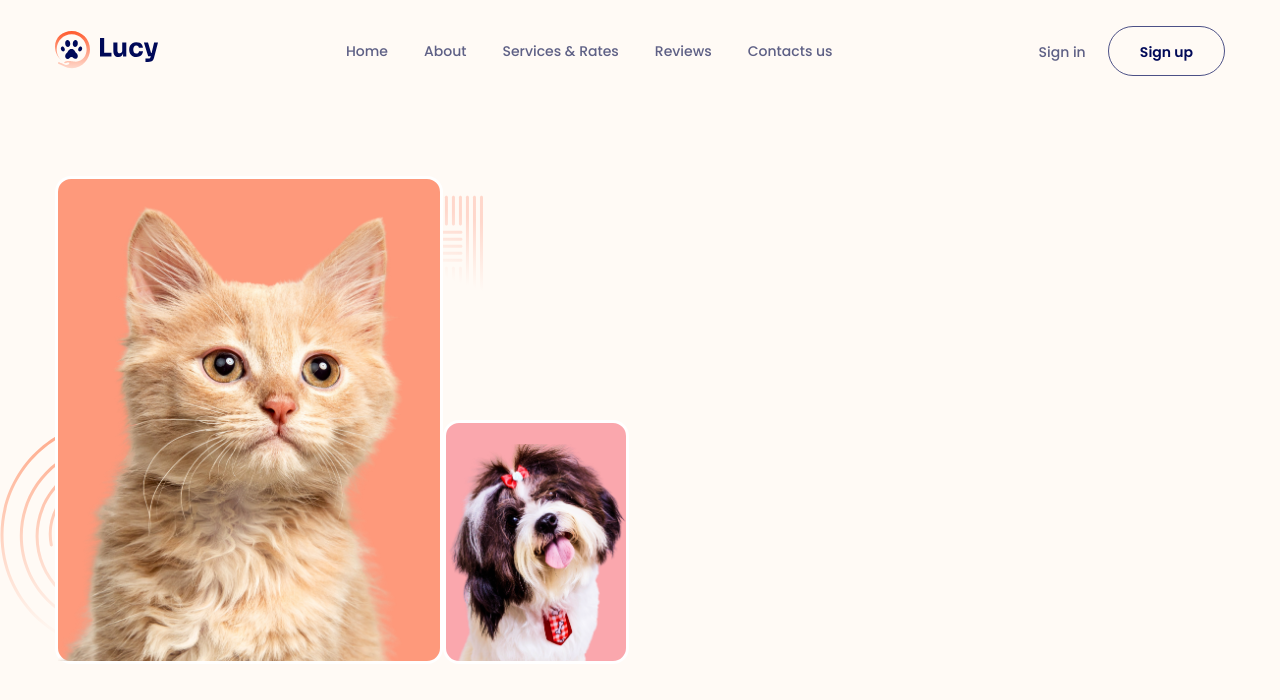
Repository: empty24062002/f8-project-05
Page: index.html
An editor plug-in stored every save of this project. The page is shown before and after the next save, followed by the edit.
The browser window is 1280 px wide. The pictures show the whole page.

Above is the page before, as saved 2023-09-09 17:32:26.

### index.html
<!DOCTYPE html>
<html lang="en">
    <head>
        <meta charset="UTF-8" />
        <meta name="viewport" content="width=device-width, initial-scale=1.0" />
        <title>Lucy</title>
        <!-- favicon -->
        <link
            rel="apple-touch-icon"
            sizes="57x57"
            href="./assets/favicon/apple-icon-57x57.png"
        />
        <link
            rel="apple-touch-icon"
            sizes="60x60"
            href="./assets/favicon/apple-icon-60x60.png"
        />
        <link
            rel="apple-touch-icon"
            sizes="72x72"
            href="./assets/favicon/apple-icon-72x72.png"
        />
        <link
            rel="apple-touch-icon"
            sizes="76x76"
            href="./assets/favicon/apple-icon-76x76.png"
        />
        <link
            rel="apple-touch-icon"
            sizes="114x114"
            href="./assets/favicon/apple-icon-114x114.png"
        />
        <link
            rel="apple-touch-icon"
            sizes="120x120"
            href="./assets/favicon/apple-icon-120x120.png"
        />
        <link
            rel="apple-touch-icon"
            sizes="144x144"
            href="./assets/favicon/apple-icon-144x144.png"
        />
        <link
            rel="apple-touch-icon"
            sizes="152x152"
            href="./assets/favicon/apple-icon-152x152.png"
        />
        <link
            rel="apple-touch-icon"
            sizes="180x180"
            href="./assets/favicon/apple-icon-180x180.png"
        />
        <link
            rel="icon"
            type="image/png"
            sizes="192x192"
            href="./assets/favicon/android-icon-192x192.png"
        />
        <link
            rel="icon"
            type="image/png"
            sizes="32x32"
            href="./assets/favicon/favicon-32x32.png"
        />
        <link
            rel="icon"
            type="image/png"
            sizes="96x96"
            href="./assets/favicon/favicon-96x96.png"
        />
        <link
            rel="icon"
            type="image/png"
            sizes="16x16"
            href="./assets/favicon/favicon-16x16.png"
        />
        <link rel="manifest" href="./assets/favicon/manifest.json" />
        <meta name="msapplication-TileColor" content="#ffffff" />
        <meta
            name="msapplication-TileImage"
            content="./assets/favicon/ms-icon-144x144.png"
        />
        <meta name="theme-color" content="#ffffff" />
        <!-- reset CSS -->
        <link rel="stylesheet" href="./assets/css/reset.css" />
        <!-- embed font -->
        <link rel="preconnect" href="https://fonts.googleapis.com" />
        <link rel="preconnect" href="https://fonts.gstatic.com" crossorigin />
        <link
            href="https://fonts.googleapis.com/css2?family=Poppins:wght@300;400;500;600&family=Sora:wght@600;700;800&display=swap"
            rel="stylesheet"
        />
        <!-- style css -->
        <link rel="stylesheet" href="./assets/css/styles.css" />
    </head>
    <body>
        <!-- header -->
        <header class="header">
            <div class="container">
                <div class="header__inner">
                    <!-- logo -->
                    <a href="#!">
                        <img
                            src="./assets/img/logo.svg"
                            alt="Lucy"
                            class="header__logo"
                        />
                    </a>
                    <!-- navbar -->
                    <nav class="navbar">
                        <ul class="navbar__list">
                            <li class="navbar__item">
                                <a href="#!" class="navbar__link"> Home </a>
                            </li>
                            <li class="navbar__item">
                                <a href="#!" class="navbar__link"> About </a>
                            </li>
                            <li class="navbar__item">
                                <a href="#!" class="navbar__link"
                                    >Services & Rates
                                </a>
                            </li>
                            <li class="navbar__item">
                                <a href="#!" class="navbar__link"> Reviews </a>
                            </li>
                            <li class="navbar__item">
                                <a href="#!" class="navbar__link">
                                    Contacts us
                                </a>
                            </li>
                        </ul>
                    </nav>
                    <!-- header action -->
                    <div class="header-action">
                        <a href="#!" class="header-action__link">Sign in</a>
                        <a href="#!" class="btn header-action__btn">Sign up</a>
                    </div>
                </div>
            </div>
        </header>
        <!-- hero -->
        <section class="hero">
            <div class="container">
                <div class="hero__inner">
                    <!-- hero media -->
                    <div class="hero__media">
                        <div class="hero__img-wrap">
                            <img
                                src="./assets/img/hero__img1.png"
                                alt=""
                                class="hero__img"
                            />

                            <!-- Decorators -->
                            <img
                                src="./assets/img/decor__01.svg"
                                alt=""
                                class="hero__decor hero__decor-left"
                            />
                            <img
                                src="./assets/img/decor__02.svg"
                                alt=""
                                class="hero__decor hero__decor-right"
                            />
                        </div>
                        <div class="hero__img-wrap hero__img-wrap-small">
                            <img
                                src="./assets/img/hero__img2.png"
                                alt=""
                                class="hero__img hero__img-small"
                            />
                        </div>
                    </div>
                </div>
                    <!-- hero content -->
                    <section class="hero__content"></section>
                </div>
            </div>
        </section>
    </body>
</html>

### assets/css/styles.css
* {
    box-sizing: border-box;
}

html {
    font-size: 62.5%;
}

body {
    font-size: 1.6rem;
    font-family: "Poppins", sans-serif;
    background: #fffaf5;
}

/* common */

h1,
h2,
h3,
h4,
h5,
h6 {
    font-family: "Sora", sans-serif;
}

input,
textarea,
select,
button {
    font-size: inherit;
    font-family: inherit;
}

a {
    text-decoration: none;
}

.container {
    width: 1170px;
    max-width: calc(100% - 48px);
    margin: 0 auto;
}

.btn {
    --height: 56px;

    display: inline-block;
    min-width: 130px;
    height: var(--height);
    line-height: var(--height);
    border: 1px solid rgb(0, 9, 88, 0.7);
    border-radius: 99px;
    color: #000958;
    text-align: center;
    font-size: 1.4rem;
    font-weight: 600;
}

.btn:hover {
    opacity: 0.8;
}

/* header */
.header {
    padding: 26px 0;
}

.header__inner {
    display: flex;
    justify-content: space-between;
    align-items: center;
}

.navbar__list {
    display: flex;
}

.navbar__link,
.header-action__link {
    padding: 8px 18px;
    color: #5e6085;
    font-size: 1.4rem;
    font-weight: 500;
    line-height: 1; /* 100% */
}

.navbar__link:hover {
    color: #000958;
    text-shadow: 1px 0 0 currentColor;
}

.header-action__btn {
    --height: 50px;

    min-width: 117px;
}

/* hero */
.hero {
    margin-top: 74px;
}

.hero__inner {
    display: flex;
    justify-content: space-between;
    align-items: center;
}

.hero__media {
    display: flex;
}

.hero__img-wrap {
    position: relative;
    display: flex;
    justify-content: center;
    align-items: flex-end;
    width: 388px;
    height: 488px;
    border: 3px solid #fff;
    border-radius: 16px;
    background: #fe997b;
}

.hero__img {
    max-width: 100%;
    max-height: 100%;
}

.hero__decor {
    position: absolute;
    z-index: -1;
}

.hero__decor-left {
    left: -58px;
    bottom: 10px;
}

.hero__decor-right {
    top: 16px;
    right: -43px;
}

.hero__img-wrap-small {
    align-self: flex-end;
    width: 186px;
    height: 244px;
    border-radius: 16px;
    background: #faa7ad;
}

.hero__img-small {
}

Loaded but not shown: assets/css/reset.css (common file)

After the next save:
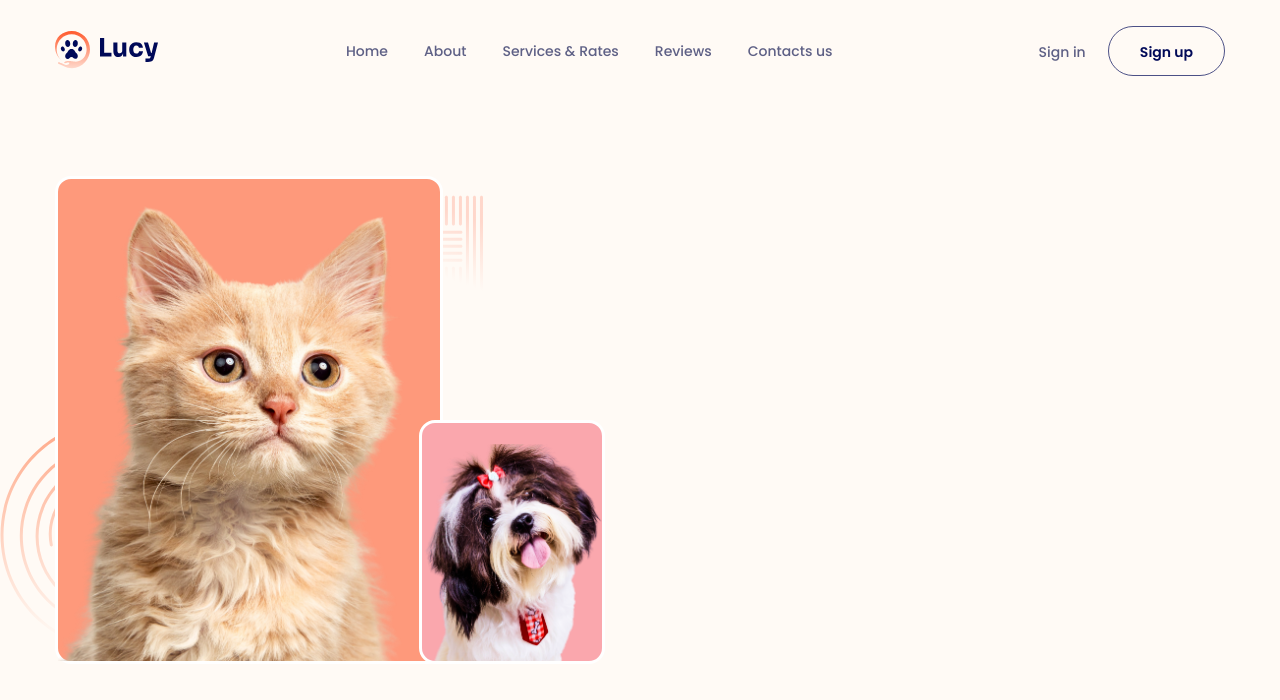
Saved 2 min 5 s later.
--- a/assets/css/styles.css
+++ b/assets/css/styles.css
@@ -146,6 +146,7 @@ a {
     align-self: flex-end;
     width: 186px;
     height: 244px;
+    margin-left: -24px;
     border-radius: 16px;
     background: #faa7ad;
 }
